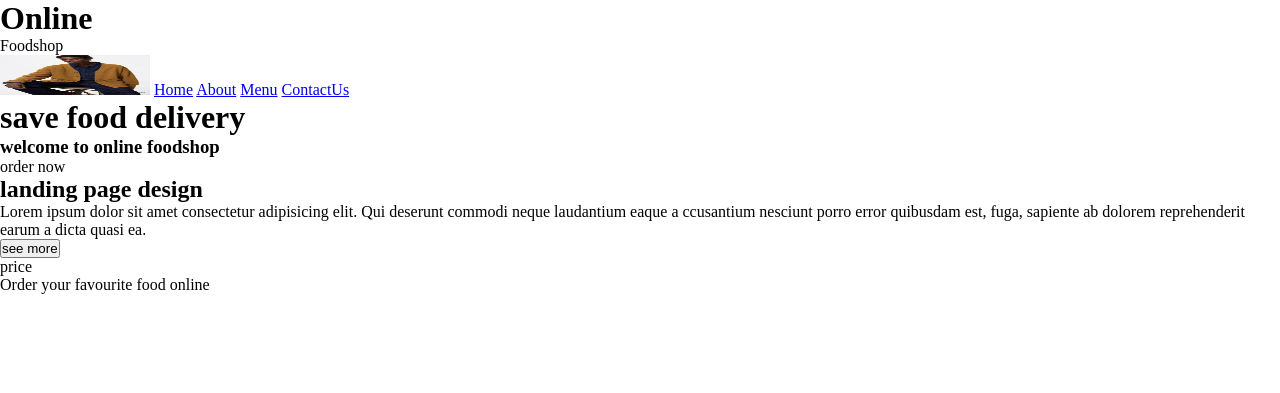
Repository: sristigupta04/basic-js-project
Page: online foood app.cpp/on.html
The author's editor kept a copy of each file at every save. The page is drawn from the files as they stood at one save, then again after the next save.
The browser window is 1280 px wide. The pictures show the whole page.

Above is the page before, as saved 2025-11-15 21:36:24.

After the next save:
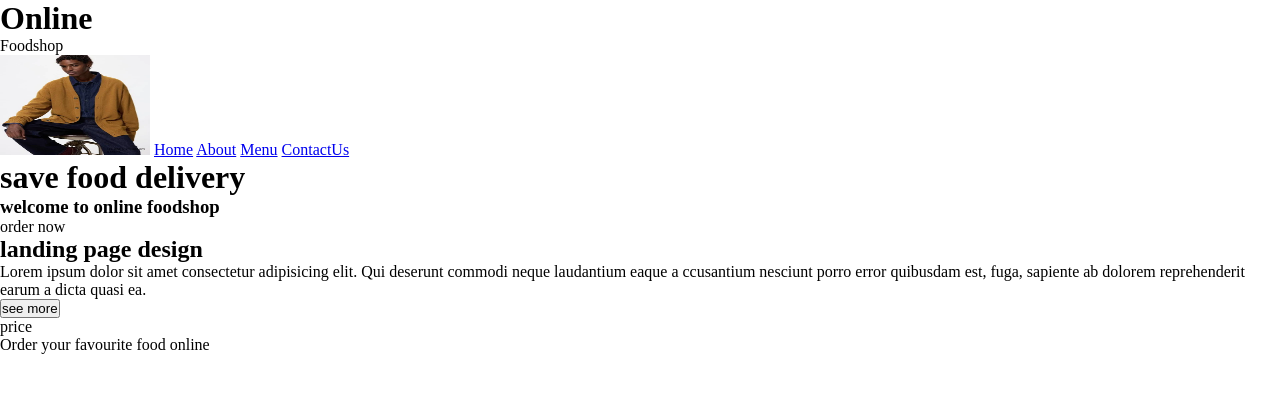
Saved 10 s later.
--- a/online foood app.cpp/on.css
+++ b/online foood app.cpp/on.css
@@ -4,6 +4,6 @@
 }
 
 img{
-    height:40px;
+    height:100px;
     width: 150px;
 }
